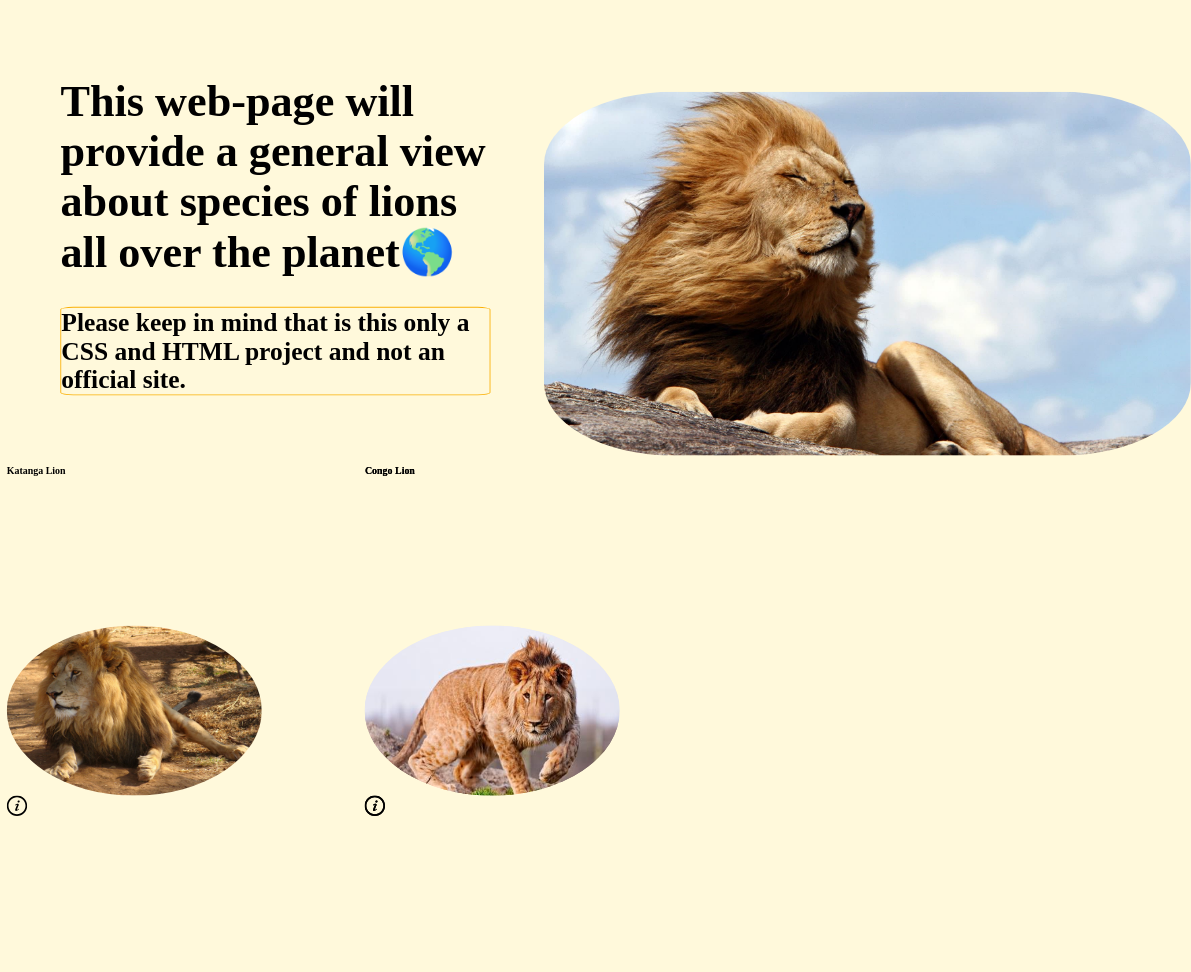
Repository: GeorgeManias/lions_project
Page: index.html
These files come from the project's save history. The page is drawn as it stood at one moment and after the next save; the edit follows.
The browser window is 1280 px wide. The page is 1401 px wide, so the pictures cover 1401 px, including what lies to the right of the window. The pictures show the whole page, at 85% of full size.

Above is the page before, as saved 2021-11-03 20:11:15.

After the next save:
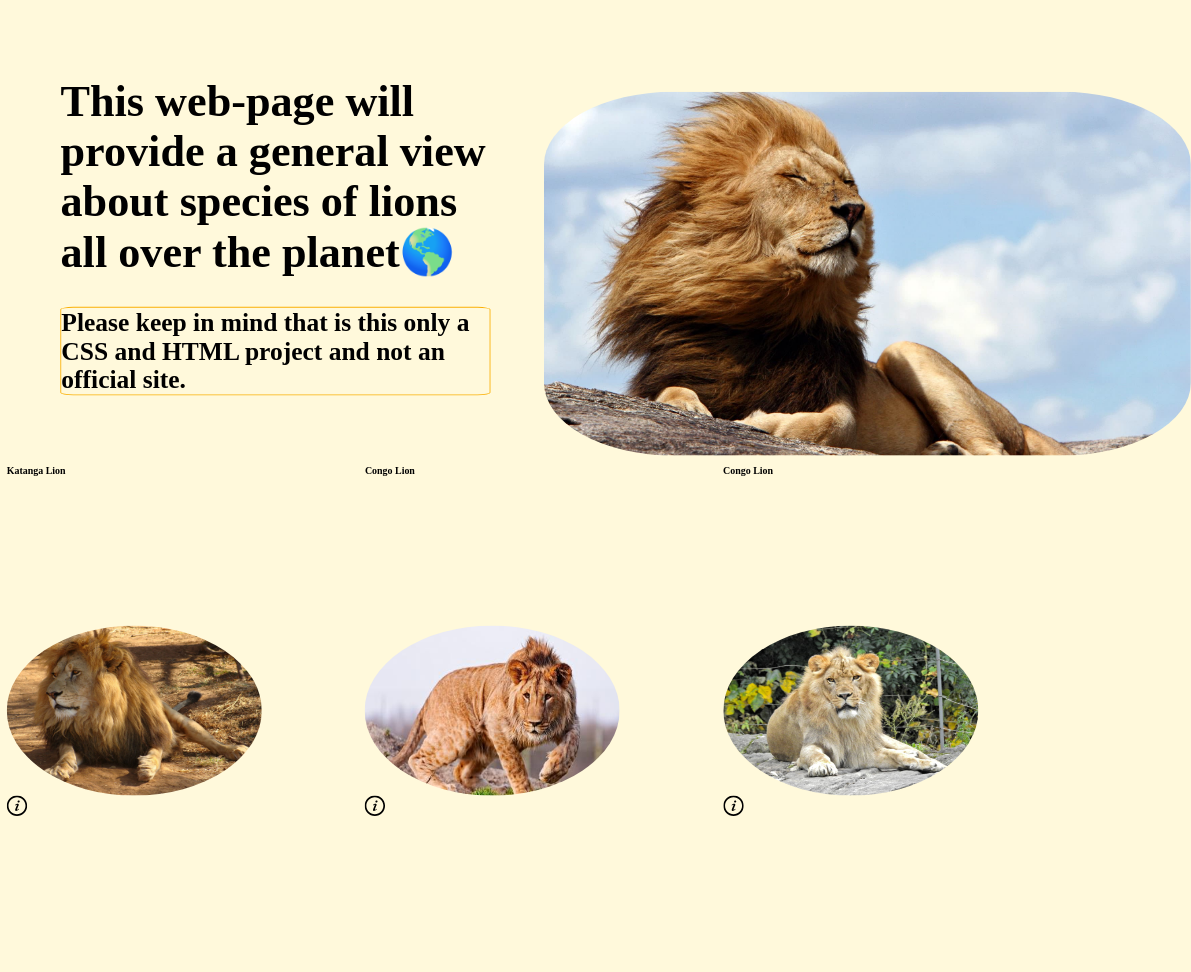
Saved 63 s later.
--- a/index.html
+++ b/index.html
@@ -76,16 +76,16 @@
         </svg>
         <!--Congo_Lion_End-->
 
-        <!--Congo_Lion_Start-->
-        <h3 id="congo_title_cord" class="titles_6">Congo Lion</h3>
+        <!--Transvaal_Lion_Start-->
+        <h3 id="Transvaal_title_cord" class="titles_6">Congo Lion</h3>
         <img
-          src="pictures/congo_lion.jpg"
-          alt="congo_lion"
-          id="congo_img_cord"
+          src="pictures/Transvaal_lion.jpg"
+          alt="Transvaal_lion"
+          id="Transvaal_img_cord"
           class="img_6"
         />
         <svg
-          id="congo_info_cord"
+          id="Transvaal_info_cord"
           class="info_svg"
           xmlns="http://www.w3.org/2000/svg"
           width="24"
@@ -96,7 +96,7 @@
             d="M12 2c5.514 0 10 4.486 10 10s-4.486 10-10 10-10-4.486-10-10 4.486-10 10-10zm0-2c-6.627 0-12 5.373-12 12s5.373 12 12 12 12-5.373 12-12-5.373-12-12-12zm-2.033 16.01c.564-1.789 1.632-3.932 1.821-4.474.273-.787-.211-1.136-1.74.209l-.34-.64c1.744-1.897 5.335-2.326 4.113.613-.763 1.835-1.309 3.074-1.621 4.03-.455 1.393.694.828 1.819-.211.153.25.203.331.356.619-2.498 2.378-5.271 2.588-4.408-.146zm4.742-8.169c-.532.453-1.32.443-1.761-.022-.441-.465-.367-1.208.164-1.661.532-.453 1.32-.442 1.761.022.439.466.367 1.209-.164 1.661z"
           />
         </svg>
-        <!--Congo_Lion_End-->
+        <!--Transvaal_Lion_End-->
       </div>
     </body>
   </div>
